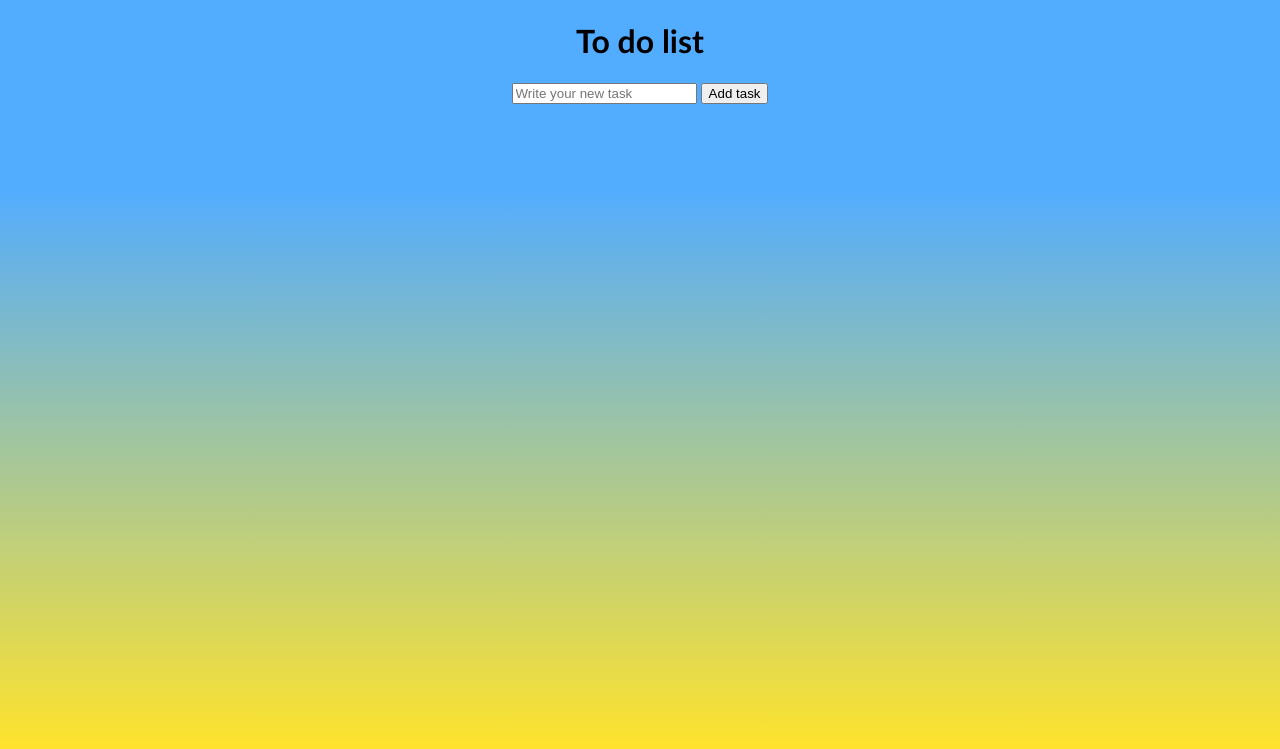
Repository: qtqqrdy13/to-do-list
Page: index.html
The author's editor kept a copy of each file at every save. The page is drawn from the files as they stood at one save, then again after the next save.
The browser window is 1280 px wide. The pictures show the whole page.

Above is the page before, as saved 2023-10-30 15:20:30.

### index.html
<!DOCTYPE html>
<html lang="en">
<head>
    <meta charset="UTF-8">
    <meta name="viewport" content="width=device-width, initial-scale=1.0">
    <title>Document</title>
    <link rel="stylesheet" href="style.css">
</head>
<body>
    <div id="app">
        <h1>To do list</h1>
        <input type="text" id="task-input" placeholder="Write your new task">
        <button id="add-task">Add task</button>
        <ul id="task-list"></ul>
    </div>
    <style src="script.js"></style>
</body>
</html>

### style.css
body{
    text-align: center;
    font-family: 'Gill Sans', 'Gill Sans MT', Calibri, 'Trebuchet MS', sans-serif;
    background-color: #52ACFF;
    background-image: linear-gradient(180deg, #52ACFF 25%, #FFE32C 100%);
    background-size: cover;
    background-repeat:no-repeat;
    min-height: 100vh;
}

After the next save:
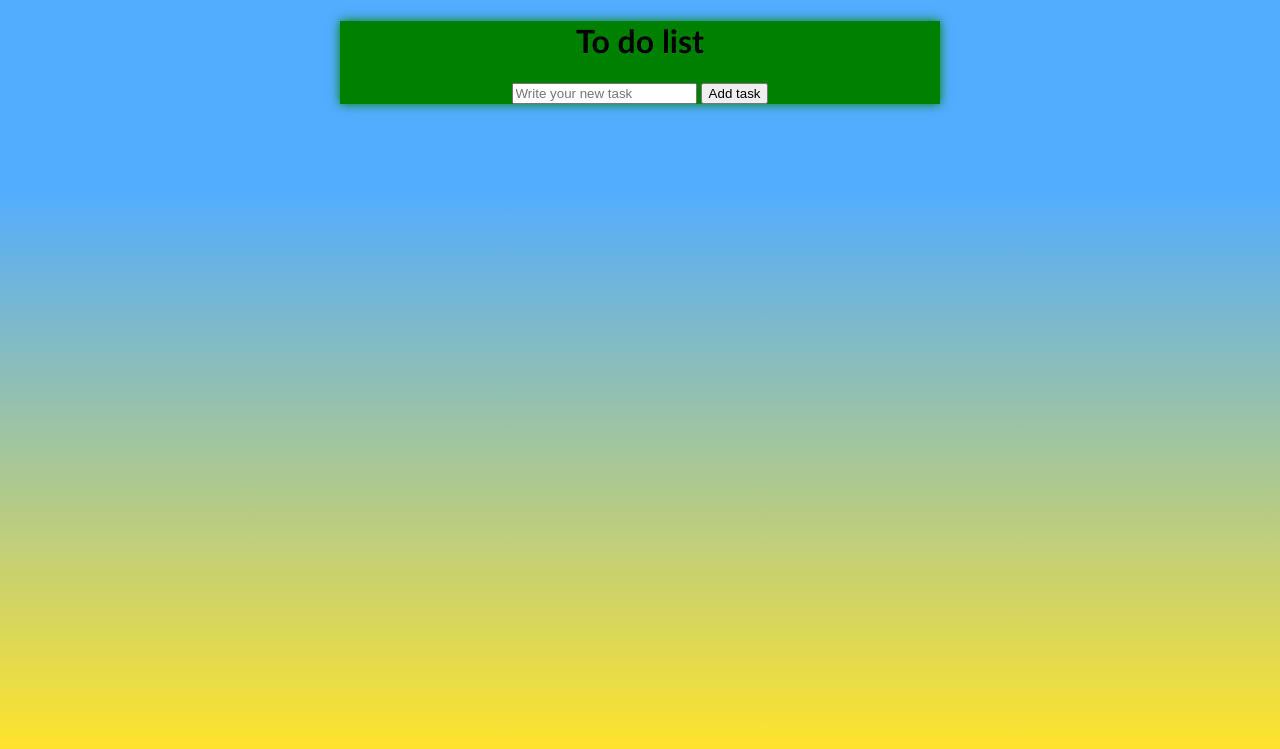
Saved 2 min 53 s later.
--- a/style.css
+++ b/style.css
@@ -7,3 +7,9 @@
     background-repeat:no-repeat;
     min-height: 100vh;
 }
+#app{
+    max-width: 600px;
+    margin: 0 auto;
+    background-color:green;
+    box-shadow: 0 0 10px green;
+}
